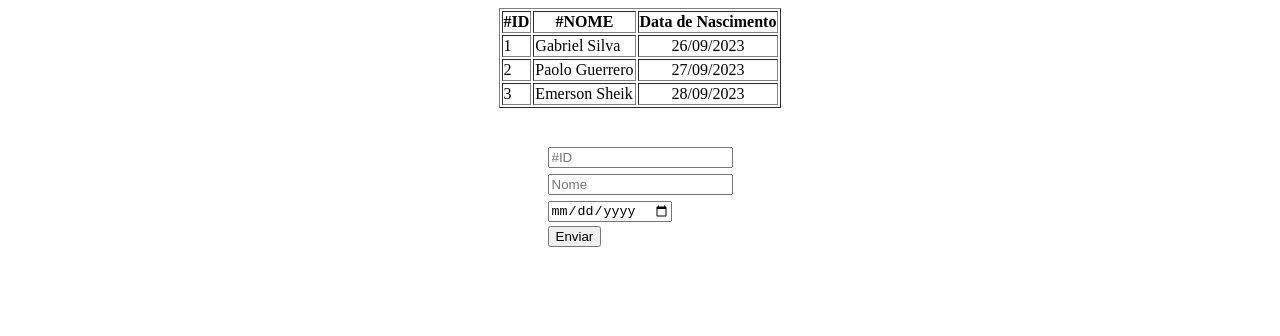
Repository: gabrielsilva9810/FATEC_LABEngSoftware
Page: ExemploHTML/src/main/webapp/index.html
The author's editor kept a copy of each file at every save. The page is drawn from the files as they stood at one save, then again after the next save.
The browser window is 1280 px wide. The pictures show the whole page.

Above is the page before, as saved 2023-08-26 13:31:01.

### ExemploHTML/src/main/webapp/index.html
<!DOCTYPE html>
<html>

<head>
	<meta charset="UTF-8">
	<title>Exemplo HTML</title>
</head>

<body>
	<div align="center">

		<table border=1>
			<thead>
				<tr>
					<th><b> #ID</b></th>
					<th><b> #NOME</b></th>
					<th><b> Data de Nascimento</b></th>
				</tr>
			</thead>
			<tbody>
				<tr>
					<td>1</td>
					<td>Gabriel Silva</td>
					<td align="center">26/09/2023</td>
				</tr>

				<tr>
					<td>2</td>
					<td>Paolo Guerrero</td>
					<td align="center">27/09/2023</td>
				</tr>

				<tr>
					<td>3</td>
					<td>Emerson Sheik</td>
					<td align="center">28/09/2023</td>
				</tr>


			</tbody>
		</table>

		<br />
		<br />

		<div align="center">

			<form action="https://leandrocolevati.com.br/" method="post">



			<table>
				<tr>

					<td>
						<input type="number" min="0" step="1" id="id" name="id" placeholder="#ID" required="required">

					</td>
				<tr>

				</tr>
				<td>
					<input type="text" id="nome" name="nome" placeholder="Nome" required="required">

				</td>

				<tr>

				</tr>
				<td>
					<input type="date" id="id" name="dataNasc" placeholder="Data de Nascimento" required="required">

				</td>

				</tr>

				<tr>
					<td>
						<input type="submit" id="enviar" name="enviar" value="Enviar">
					</td>
				</tr>

			</table>

			</form>


		</div>

	</div>
</body>

</html>

After the next save:
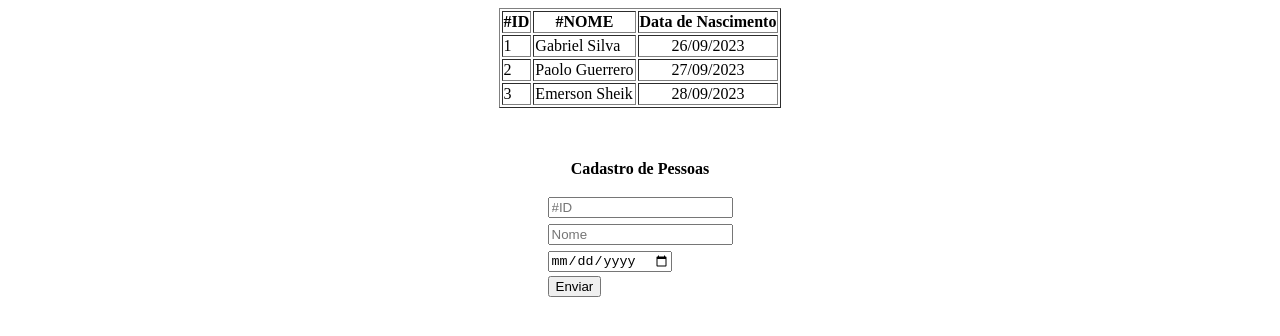
Saved 117 s later.
--- a/ExemploHTML/src/main/webapp/index.html
+++ b/ExemploHTML/src/main/webapp/index.html
@@ -47,6 +47,8 @@
 
 			<form action="https://leandrocolevati.com.br/" method="post">
 
+				<p><b> Cadastro de Pessoas</b></p>
+
 
 
 			<table>
